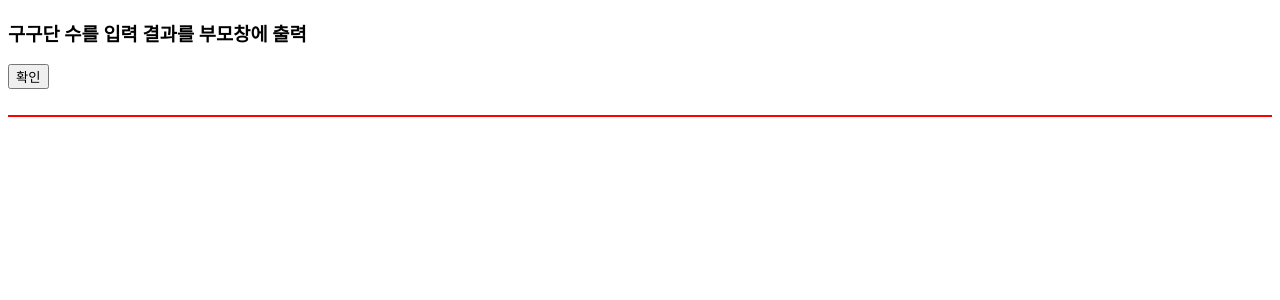
Repository: solsol7/ddit-html
Page: webpro/WebContent/0712/gugusub.html
An editor plug-in stored every save of this project. The page is shown before and after the next save, followed by the edit.
The browser window is 1280 px wide. The pictures show the whole page.

Above is the page before, as saved 2023-07-12 07:33:37.

### webpro/WebContent/0712/gugusub.html
<!DOCTYPE html>
<html>
<head>
<meta charset="UTF-8">
<title>Insert title here</title>
<link rel="stylesheet" href="../css/style.css">
<script>
proc1 = () => {
	str = "";
	//구구단 입력
	su = prompt("수를 입력하세요");

	for(i=1; i<10; i++){
		str += `${su} * ${i} = ${su*i} <br>`;
	}

	//부모창에 출력하기
	opener.document.getElementById('result1').innerHTML = str;

	window.close();
}
</script>
</head>
<body>

<h3>구구단 수를 입력
결과를 부모창에 출력</h3>
<input type="button" value="확인" onclick="proc1()">
<br>
<br>
<hr color="red">
</body>
</html>

### webpro/WebContent/css/style.css
@charset "UTF-8";

pre{
	background-color : skyblue;
	font-size : 1.5rem;
}
div.ddres{
  border : 1px dotted orange;
  margin : 10px;
  padding : 10px;
  font-size : 1.3rem;

}

After the next save:
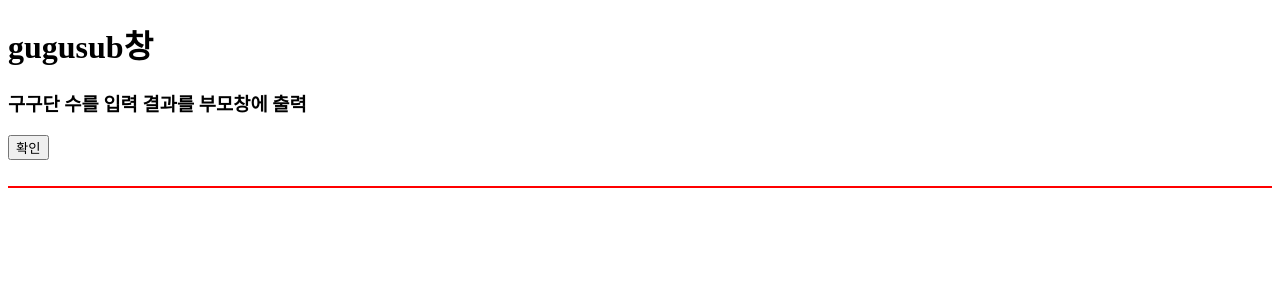
Saved 2 min 15 s later.
--- a/webpro/WebContent/0712/gugusub.html
+++ b/webpro/WebContent/0712/gugusub.html
@@ -22,7 +22,7 @@ proc1 = () => {
 </script>
 </head>
 <body>
-
+<h1>gugusub창</h1>
 <h3>구구단 수를 입력
 결과를 부모창에 출력</h3>
 <input type="button" value="확인" onclick="proc1()">
